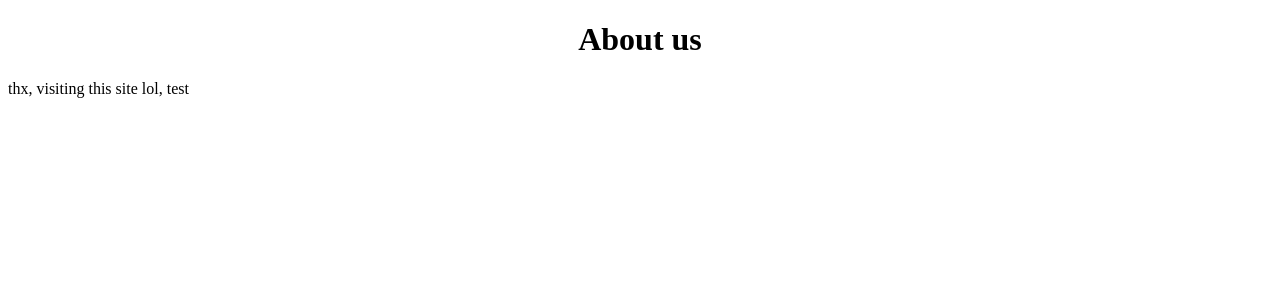
Repository: supremehappy/JSP_test02
Page: http://localhost/info/company.jsp
The author's editor kept a copy of each file at every save. The page is drawn from the files as they stood at one save, then again after the next save.
The browser window is 1280 px wide. The pictures show the whole page.
The page is served by Tomcat 9.

Above is the page before, as saved 2017-08-01 07:12:12.

After the next save:
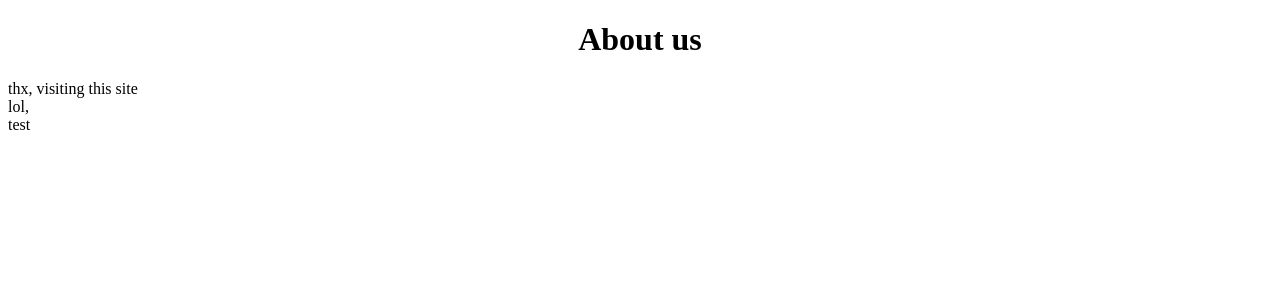
Saved 58 s later.
--- a/info/WebContent/company.jsp
+++ b/info/WebContent/company.jsp
@@ -11,8 +11,8 @@
 </head>
 <body>
 <h1 align="center"><fmt:message key="TITLE"></fmt:message></h1>
-<fmt:message key="GREETING"></fmt:message>
-<fmt:message key="BODY"></fmt:message>
-<font size="3"><fmt:message key="COMPANY_NAME"></fmt:message></font>
+<fmt:message key="GREETING"></fmt:message><br>
+<fmt:message key="BODY"></fmt:message><br>
+<font size="3"><fmt:message key="COMPANY_NAME"></fmt:message></font><br>
 </body>
 </html>
